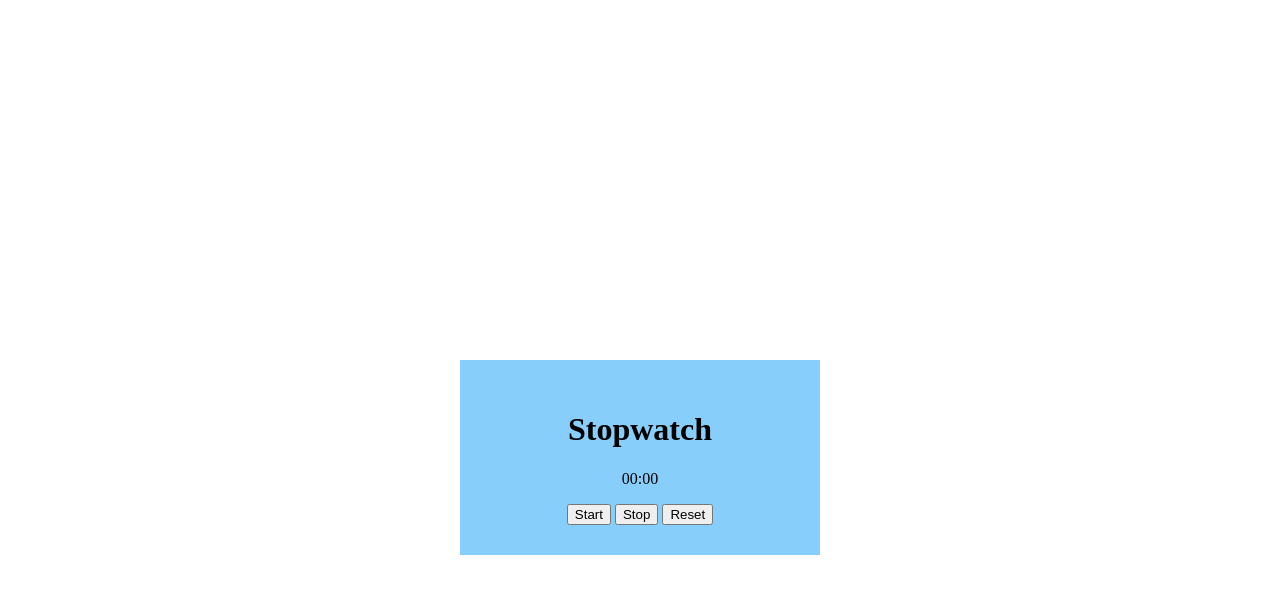
Repository: LeyaAbraham/web-dev
Page: clock.html
These files come from the project's save history. The page is drawn as it stood at one moment and after the next save; the edit follows.
The browser window is 1280 px wide. The pictures show the whole page.

Above is the page before, as saved 2021-01-05 23:08:58.

### clock.html
<!DOCTYPE html>
<html>

<head>
    <title>Page Title</title>
    <link rel="stylesheet" href="style.css" type="text/css">

</head>

<body>
    <div id="wrap">
        <h1>Stopwatch</h1>
        <p><span id="seconds">00</span>:<span id="nano">00</span></p>
        <button id="start">Start</button>
        <button id="stop">Stop</button>
        <button id="reset">Reset</button>
    </div>
    <script src="clock.js"></script>
</body>

</html>

### style.css
#wrap {
    background-color: lightskyblue;
    border-color: lightyellow;
    text-align: center;
    padding: 30px;
    margin: 30px;
    width: 300px;
    position: absolute;
	top:50%;

	left: 0;
	right: 0;

	margin: auto;

}

### clock.js
window.onload = function () {

    var seconds = 00;
    var nano = 00;

    var interval;
    document.getElementById("start").onclick = start;
    document.getElementById("stop").onclick = stop;
    document.getElementById("reset").onclick = reset;

    function start() {

        interval = setInterval(runTimer, 10);

    }

    function stop() {
        clearInterval(interval);
    }

    function reset() {
        clearInterval(interval);
        nano = 00;
        seconds = 00;
        document.getElementById("nano").innerHTML = "00";
        document.getElementById("seconds").innerHTML = "00";
    }

    function runTimer() {
        var num = nano++;
        console.log(num);

        if (nano > 9) {
            console.log("in if");
            document.getElementById("nano").innerHTML = nano;
        }
        if (nano < 9) {
            document.getElementById("nano").innerHTML = "0" + nano;
        }
        if (nano > 99) {
            seconds++;
            nano = 0;
            document.getElementById("seconds").innerHTML = "0" + seconds;

        }

        if (seconds > 9) {
            document.getElementById("seconds") = seconds;
        }
    }
}

After the next save:
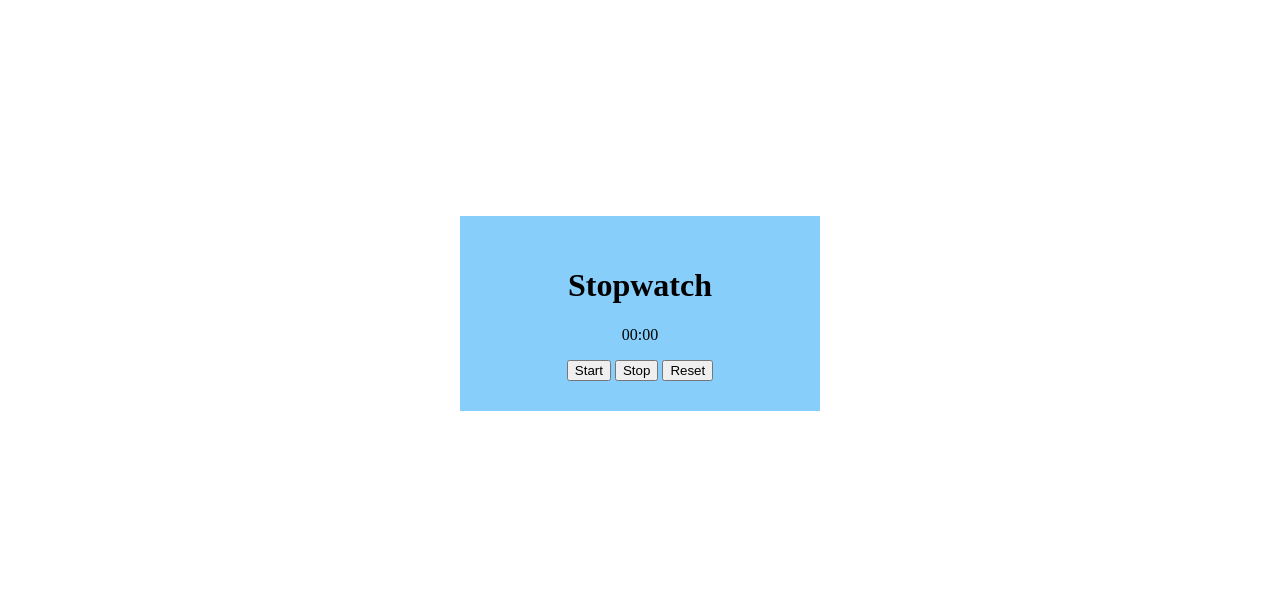
Saved 7 s later.
--- a/style.css
+++ b/style.css
@@ -6,7 +6,7 @@
     margin: 30px;
     width: 300px;
     position: absolute;
-	top:50%;
+	top:30%;
 
 	left: 0;
 	right: 0;
